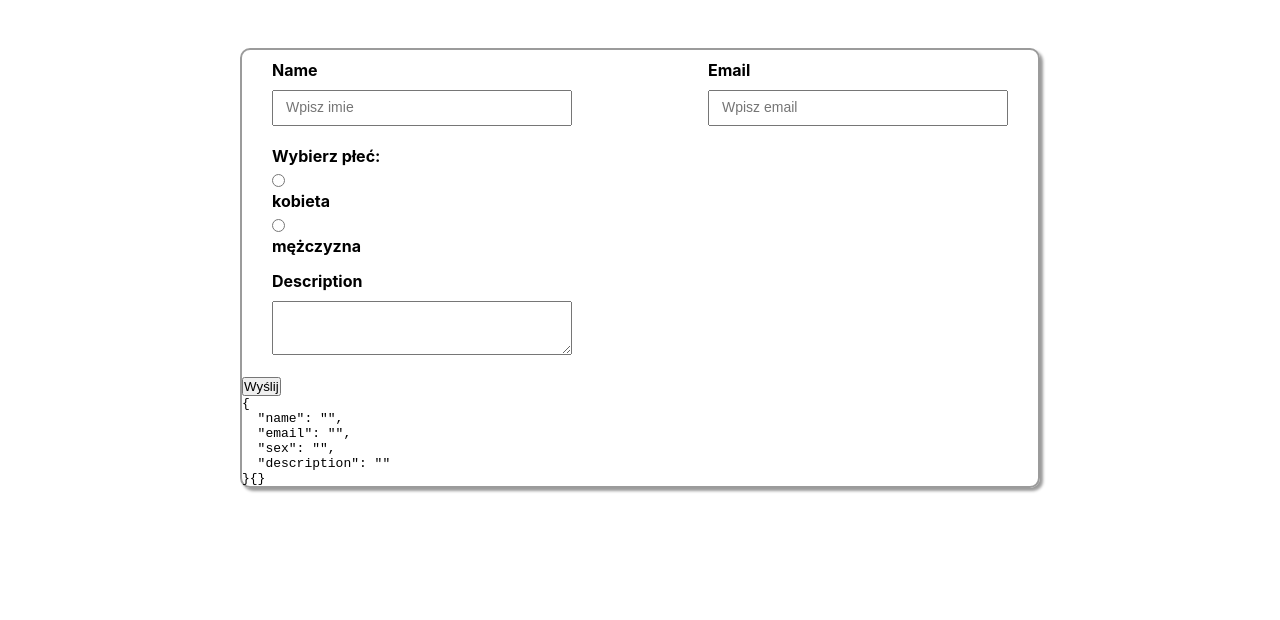
Repository: KrzysKolo/sr_tydzien4_zad3
Page: /
The author's editor kept a copy of each file at every save. The page is drawn from the files as they stood at one save, then again after the next save.
The browser window is 1280 px wide. The pictures show the whole page.
The project was rebuilt for these pictures with package versions that can differ from the ones it lists, and the page was loaded fresh each time. Also part of the build but not shown: src/components/FormComponents/TextError.js.

Above is the page before, as saved 2020-11-19 13:42:39.

After the next save:
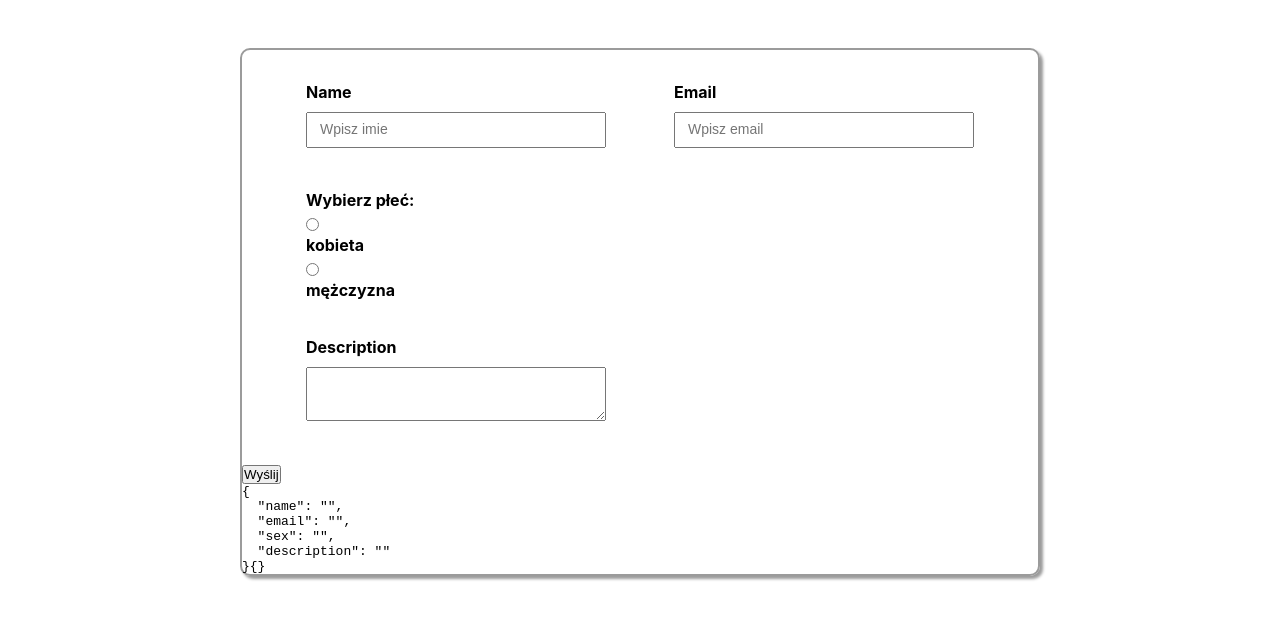
Saved 45 s later.
--- a/src/App.css
+++ b/src/App.css
@@ -13,7 +13,7 @@
 .section {
   display: flex;
   flex-direction: row;
-  margin: 10px 30px;
+  margin: 2rem 4rem;
   justify-content: space-between;
 }
 label {
